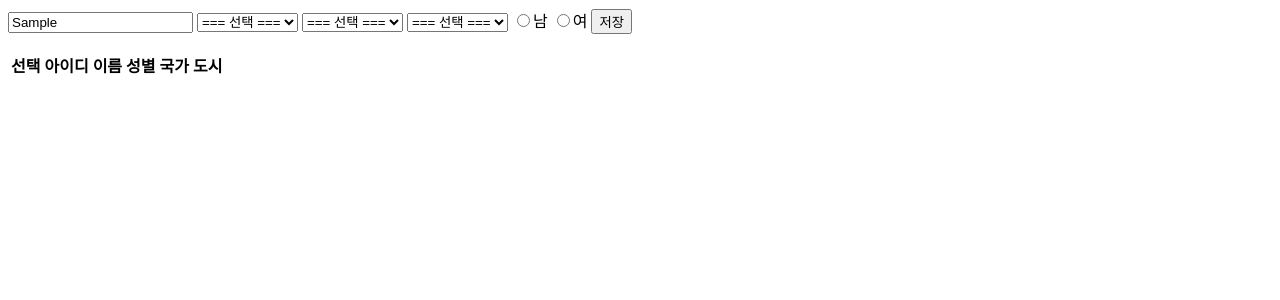
Repository: kukikuko/spring
Page: http://localhost/jspExample/WEB-INF/view/index.jsp
These files come from the project's save history. The page is drawn as it stood at one moment and after the next save; the edit follows.
The browser window is 1280 px wide. The pictures show the whole page.
Empty fields were first filled with sample values (such as "Sample", 5 or name@example.com).
After loading, the first visible `#nation` was changed once.
The page is served by Tomcat 9. Nobody is signed in. The template is opened directly, without the code that normally fills it, so the values that code supplies are empty.

Above is the page before, as saved 2023-03-19 12:56:23.

After the next save:
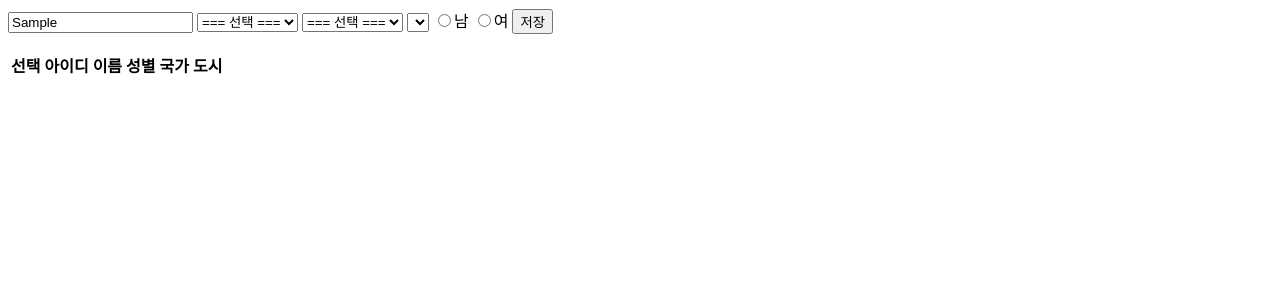
Saved 2 min 53 s later.
--- a/jspExample/src/main/webapp/WEB-INF/view/index.jsp
+++ b/jspExample/src/main/webapp/WEB-INF/view/index.jsp
@@ -64,6 +64,7 @@
 
 <script>
 	function ct(o) {
+		$("#city > option").remove();
 		var nation = o.value;
 		console.log(nation);
 		if(nation != "none") {

After the 2 saves that followed:
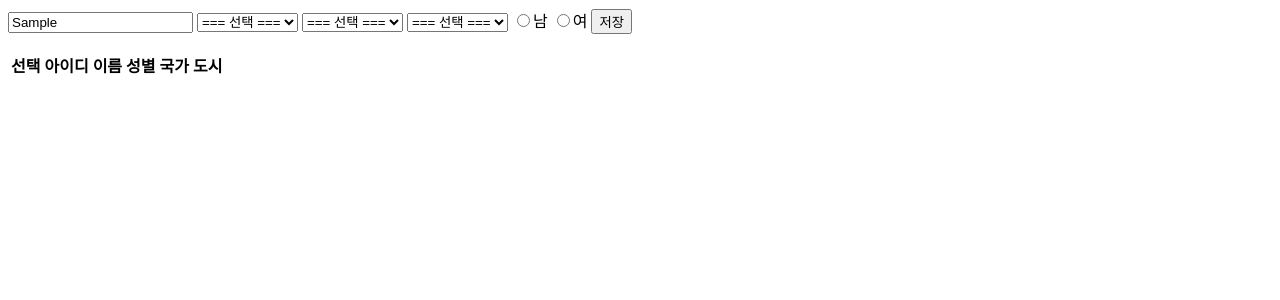
Console error: SyntaxError: Unexpected token ')'
The 2 saves are shown as one change because they came seconds apart.
The last was saved 19 s later.
--- a/jspExample/src/main/webapp/WEB-INF/view/index.jsp
+++ b/jspExample/src/main/webapp/WEB-INF/view/index.jsp
@@ -74,6 +74,7 @@
 				  data: {nation : nation},
 				  success: function(data) {
 				  	console.log(data);
+				  	console.log(data.val()));
 				  	var laborOption = "";
 				  	for(var city in data) {
 				  		console.log(city);
